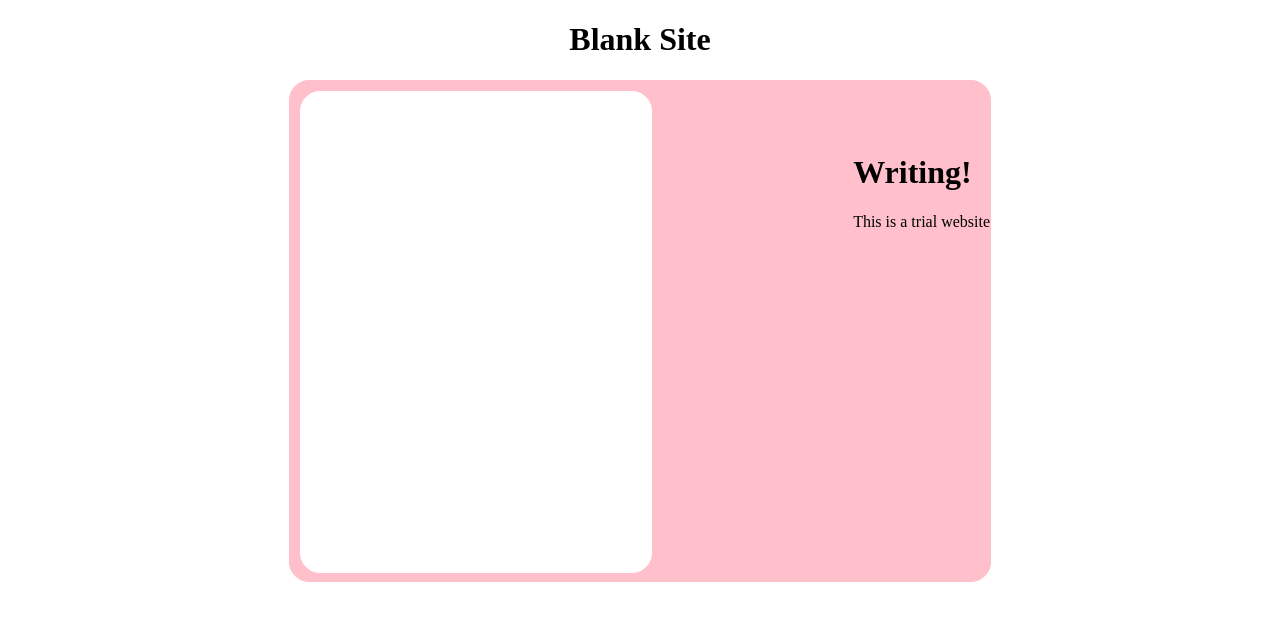
Repository: yhung004/Blank_Project
Page: index.html
The author's editor kept a copy of each file at every save. The page is drawn from the files as they stood at one save, then again after the next save.
The browser window is 1280 px wide. The pictures show the whole page.

Above is the page before, as saved 2024-04-04 03:22:44.

After the next save:
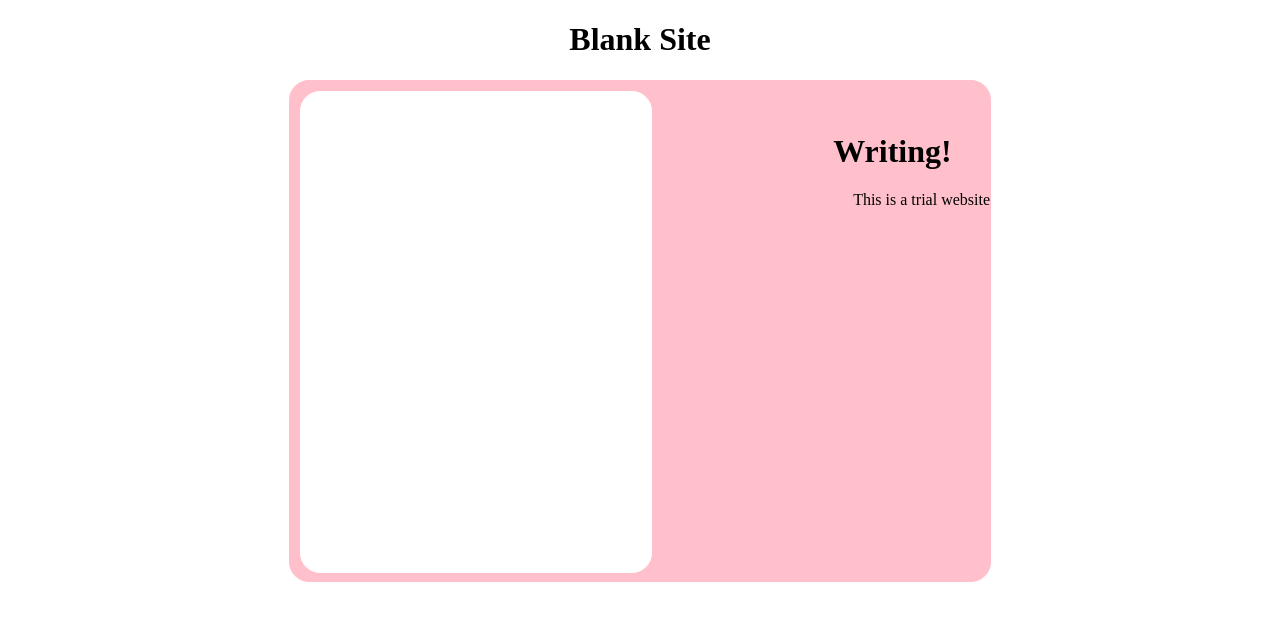
Saved 36 s later.
--- a/index.css
+++ b/index.css
@@ -21,11 +21,8 @@
 .words {
     display:inline;
     float:right;
-    margin-top: -450px;
-    margin-left:-100px;
 }
 .heading2 {
-    /* margin-top: -450px; */
-    /* margin-left:-100px; */
-
+    margin-top: -450px;
+    margin-left:-20px;
 }
